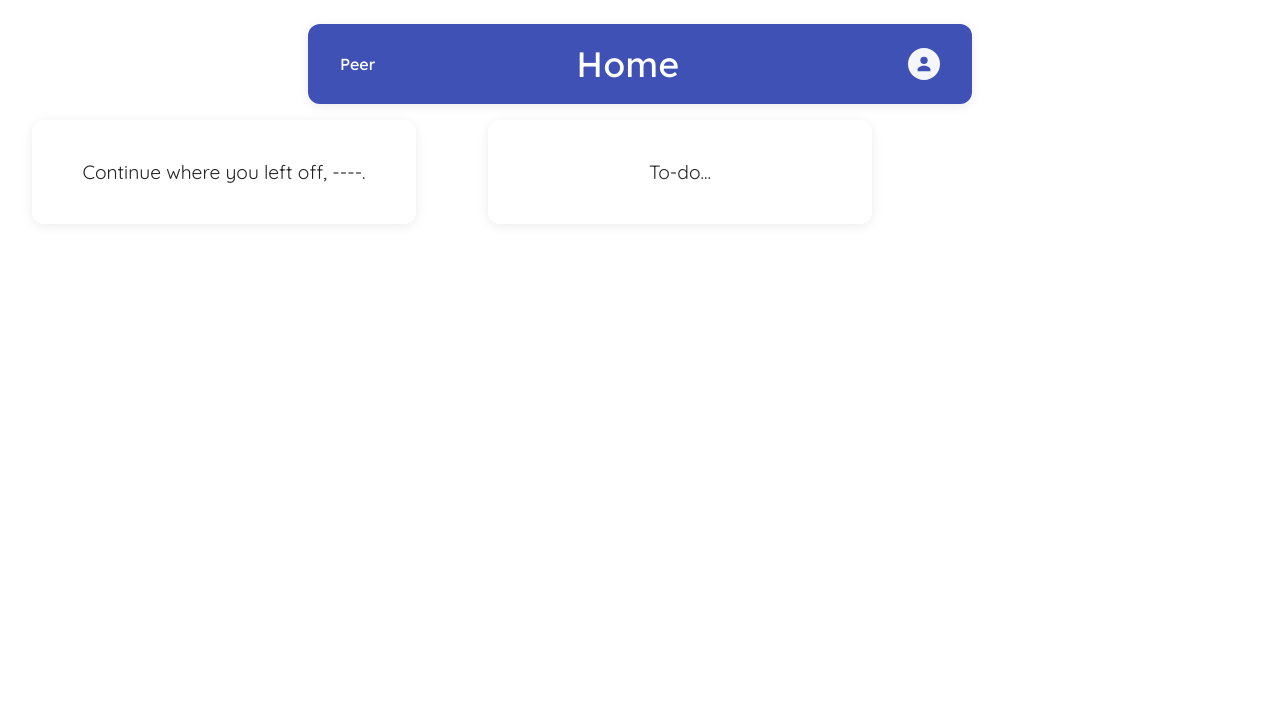
Repository: saifg123/Peer
Page: home.html
These files come from the project's save history. The page is drawn as it stood at one moment and after the next save; the edit follows.
The browser window is 1280 px wide. The pictures show the whole page.

Above is the page before, as saved 2025-05-24 20:28:28.

After the next save:
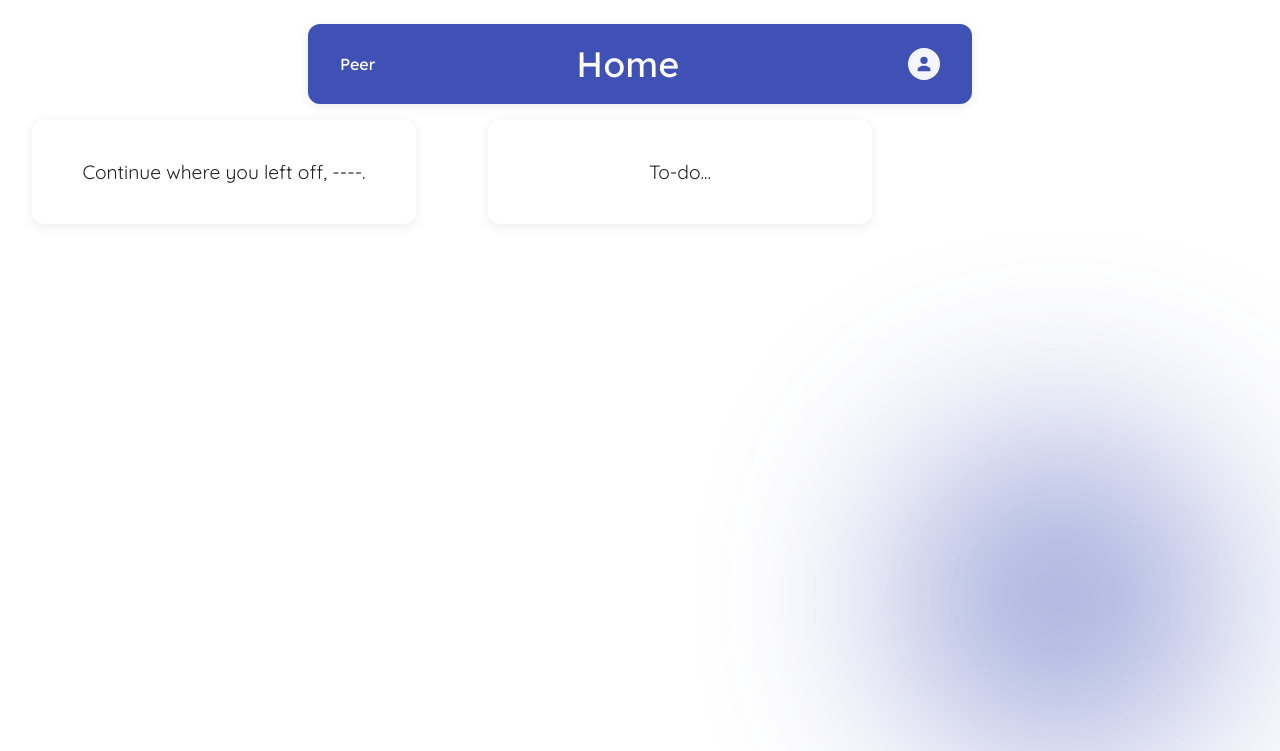
Saved 2 min 7 s later.
--- a/home.html
+++ b/home.html
@@ -202,6 +202,78 @@ body.loaded .fade-in {
             background: #b3b3f5;
             transition: background 0.3s ease;
         }
+        /* 1) Full-viewport gradient */
+body {
+  margin: 0;
+  padding: 0;
+  min-height: 100vh;
+  overflow: hidden;
+  background: linear-gradient(135deg, #b3b3f5 0%, #ffe3e3 100%);
+  position: relative;
+  font-family: 'Quicksand', sans-serif;
+  transition: background 2s ease;
+}
+
+/* 2) Animated floating circles via a pseudo-element */
+body::before,
+body::after {
+  content: "";
+  position: absolute;
+  border-radius: 50%;
+  opacity: 0.5;
+  animation: float 10s ease-in-out infinite alternate;
+}
+
+/* large blurred blob */
+body::before {
+  width: 500px;
+  height: 500px;
+  background: #fff;
+  top: -200px;
+  left: -200px;
+  filter: blur(150px);
+  animation-duration: 12s;
+}
+
+/* smaller colored blob */
+body::after {
+  width: 300px;
+  height: 300px;
+  background: #3f51b5;
+  top: 60%;
+  left: 70%;
+  filter: blur(100px);
+  animation-duration: 8s;
+  animation-delay: 2s;
+}
+
+/* 3) Floating keyframes */
+@keyframes float {
+  to {
+    transform: translate3d(50px, 50px, 0) scale(1.1);
+    opacity: 0.7;
+  }
+}
+
+/* 4) Optional: overlay subtle diagonal stripes */
+body .stripe-overlay {
+  pointer-events: none;
+  position: absolute;
+  inset: 0;
+  background-image: repeating-linear-gradient(
+    45deg,
+    rgba(255,255,255,0.05) 0px,
+    rgba(255,255,255,0.05) 2px,
+    transparent 2px,
+    transparent 4px
+  );
+}
+
+/* Activate on load (if you still want white fade-in) */
+body.loaded {
+  background: linear-gradient(135deg, #fff 0%, #f0f0f0 100%);
+}
+
     </style>
 </head>
 <body>
